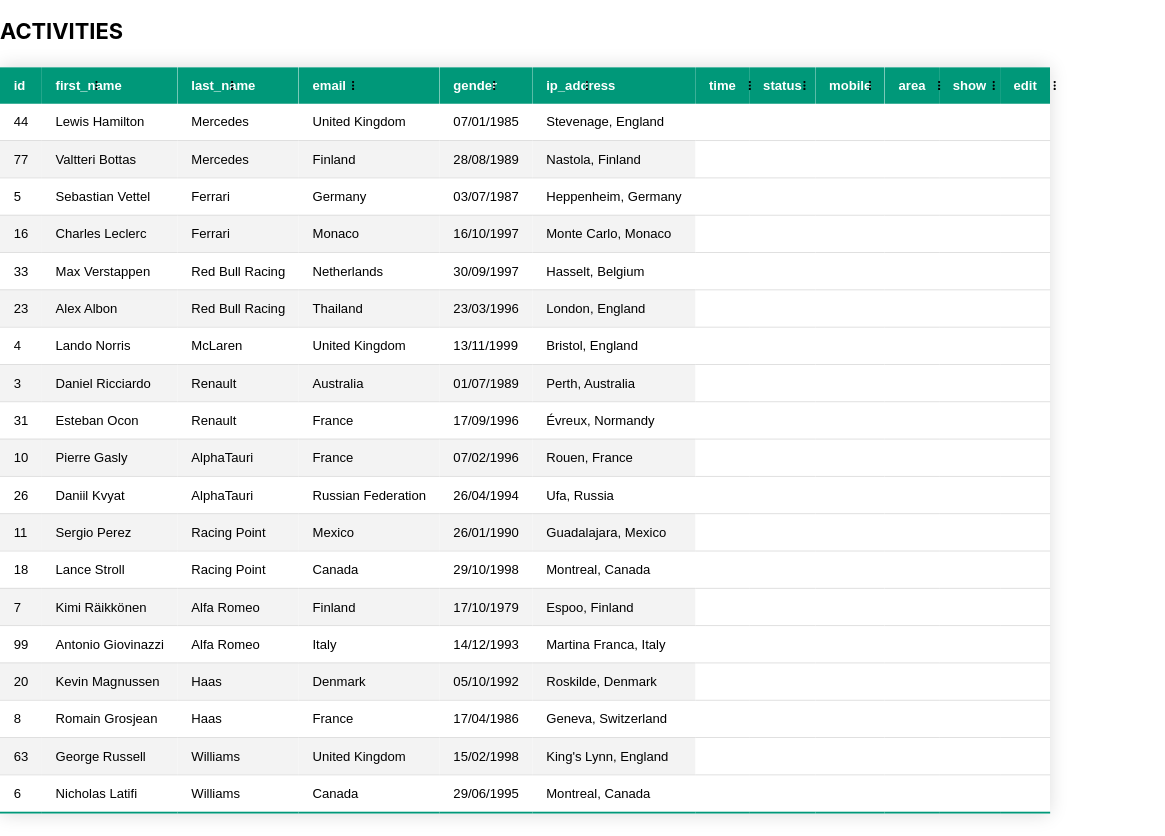
Repository: kartik077-cr7/Ckart
Page: /
The author's editor kept a copy of each file at every save. The page is drawn from the files as they stood at one save, then again after the next save.
The browser window is 1280 px wide. The pictures show the whole page, at 91% of full size.
The project was rebuilt for these pictures with package versions that can differ from the ones it lists, and the page was loaded fresh each time.

Above is the page before, as saved 2022-12-10 17:22:56.

After the next save:
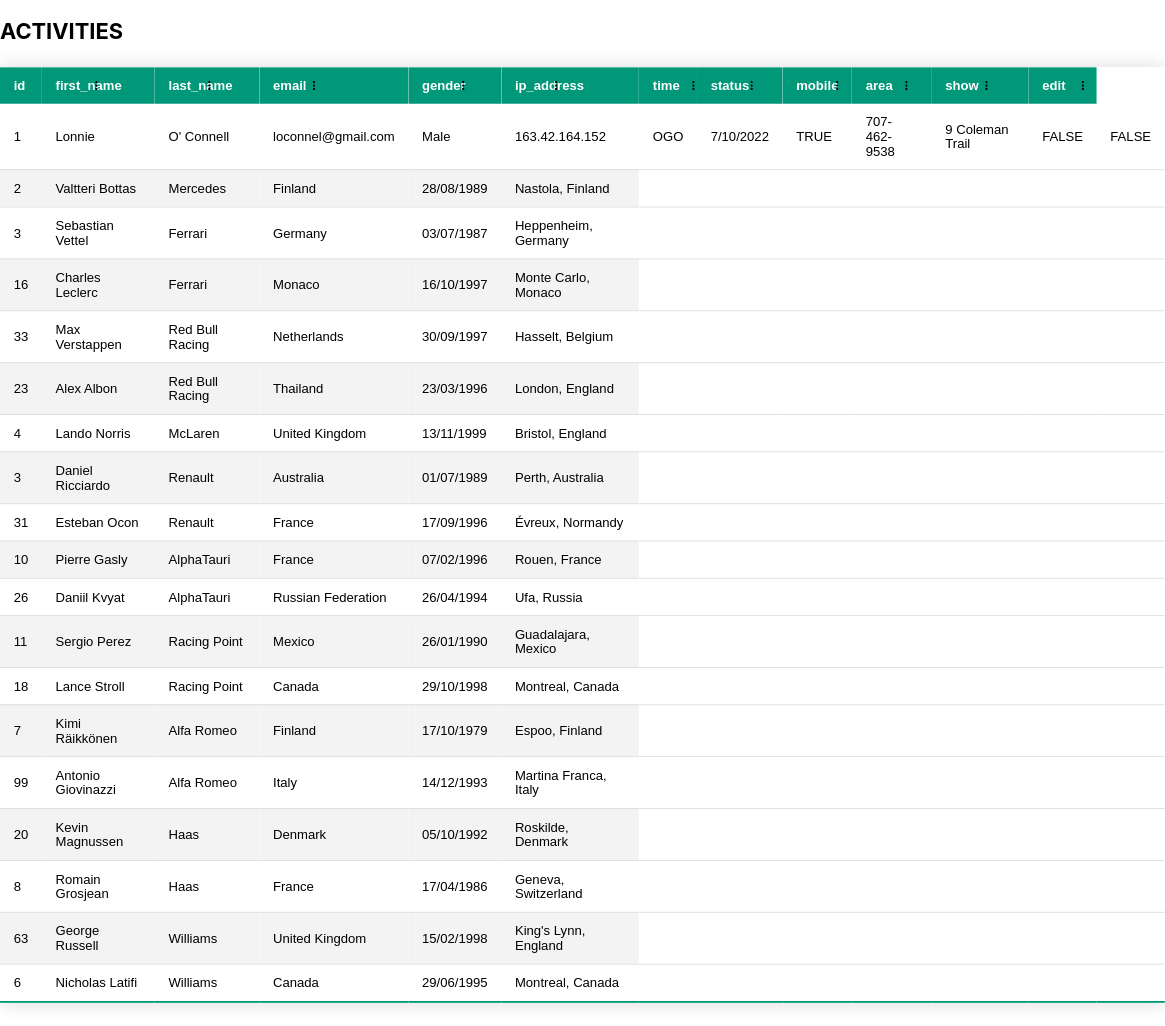
Saved 2 min 30 s later.
--- a/src/App.js
+++ b/src/App.js
@@ -3,15 +3,22 @@
 
 const driversData = [
   {
-    number: 44,
-    name: 'Lewis Hamilton',
-    team: 'Mercedes',
-    country: 'United Kingdom',
-    dob: '07/01/1985',
-    placeOfBirth: 'Stevenage, England'
+    id: 1,
+    first_name: "Lonnie",
+		last_name: "O' Connell ",
+		email: "loconnel@gmail.com",
+		gender: "Male",
+		ip_address: "163.42.164.152",
+		airport_code:"OGO",
+		time:"7/10/2022",
+		status:"TRUE",
+		mobile:"707-462-9538",
+		area: "9 Coleman Trail",
+		show: "FALSE",
+		edit: "FALSE"
   },
   {
-    number: 77,
+    id: 2,
     name: 'Valtteri Bottas',
     team: 'Mercedes',
     country: 'Finland',
@@ -19,7 +26,7 @@
     placeOfBirth: 'Nastola, Finland'
   },
   {
-    number: 5,
+    id: 3,
     name: 'Sebastian Vettel',
     team: 'Ferrari',
     country: 'Germany',
@@ -27,7 +34,7 @@
     placeOfBirth: 'Heppenheim, Germany'
   },
   {
-    number: 16,
+    id: 16,
     name: 'Charles Leclerc',
     team: 'Ferrari',
     country: 'Monaco',
@@ -35,7 +42,7 @@
     placeOfBirth: 'Monte Carlo, Monaco'
   },
   {
-    number: 33,
+    id: 33,
     name: 'Max Verstappen',
     team: 'Red Bull Racing',
     country: 'Netherlands',
@@ -43,7 +50,7 @@
     placeOfBirth: 'Hasselt, Belgium'
   },
   {
-    number: 23,
+    id: 23,
     name: 'Alex Albon',
     team: 'Red Bull Racing',
     country: 'Thailand',
@@ -51,7 +58,7 @@
     placeOfBirth: 'London, England'
   },
   {
-    number: 4,
+    id: 4,
     name: 'Lando Norris',
     team: 'McLaren',
     country: 'United Kingdom',
@@ -59,7 +66,7 @@
     placeOfBirth: 'Bristol, England'
   },
   {
-    number: 3,
+    id: 3,
     name: 'Daniel Ricciardo',
     team: 'Renault',
     country: 'Australia',
@@ -67,7 +74,7 @@
     placeOfBirth: 'Perth, Australia'
   },
   {
-    number: 31,
+    id: 31,
     name: 'Esteban Ocon',
     team: 'Renault',
     country: 'France',
@@ -75,7 +82,7 @@
     placeOfBirth: 'Évreux, Normandy'
   },
   {
-    number: 10,
+    id: 10,
     name: 'Pierre Gasly',
     team: 'AlphaTauri',
     country: 'France',
@@ -83,7 +90,7 @@
     placeOfBirth: 'Rouen, France'
   },
   {
-    number: 26,
+    id: 26,
     name: 'Daniil Kvyat',
     team: 'AlphaTauri',
     country: 'Russian Federation',
@@ -91,7 +98,7 @@
     placeOfBirth: 'Ufa, Russia'
   },
   {
-    number: 11,
+    id: 11,
     name: 'Sergio Perez',
     team: '	Racing Point',
     country: 'Mexico',
@@ -99,7 +106,7 @@
     placeOfBirth: 'Guadalajara, Mexico'
   },
   {
-    number: 18,
+    id: 18,
     name: 'Lance Stroll',
     team: '	Racing Point',
     country: 'Canada',
@@ -107,7 +114,7 @@
     placeOfBirth: 'Montreal, Canada'
   },
   {
-    number: 7,
+    id: 7,
     name: 'Kimi Räikkönen',
     team: 'Alfa Romeo',
     country: 'Finland',
@@ -115,7 +122,7 @@
     placeOfBirth: 'Espoo, Finland'
   },
   {
-    number: 99,
+    id: 99,
     name: 'Antonio Giovinazzi',
     team: 'Alfa Romeo',
     country: 'Italy',
@@ -123,7 +130,7 @@
     placeOfBirth: 'Martina Franca, Italy'
   },
   {
-    number: 20,
+    id: 20,
     name: 'Kevin Magnussen',
     team: 'Haas',
     country: 'Denmark',
@@ -131,7 +138,7 @@
     placeOfBirth: 'Roskilde, Denmark'
   },
   {
-    number: 8,
+    id: 8,
     name: 'Romain Grosjean',
     team: 'Haas',
     country: 'France',
@@ -139,7 +146,7 @@
     placeOfBirth: 'Geneva, Switzerland'
   },
   {
-    number: 63,
+    id: 63,
     name: 'George Russell',
     team: 'Williams',
     country: 'United Kingdom',
@@ -147,7 +154,7 @@
     placeOfBirth: 'King\'s Lynn, England'
   },
   {
-    number: 6,
+    id: 6,
     name: 'Nicholas Latifi',
     team: 'Williams',
     country: 'Canada',
